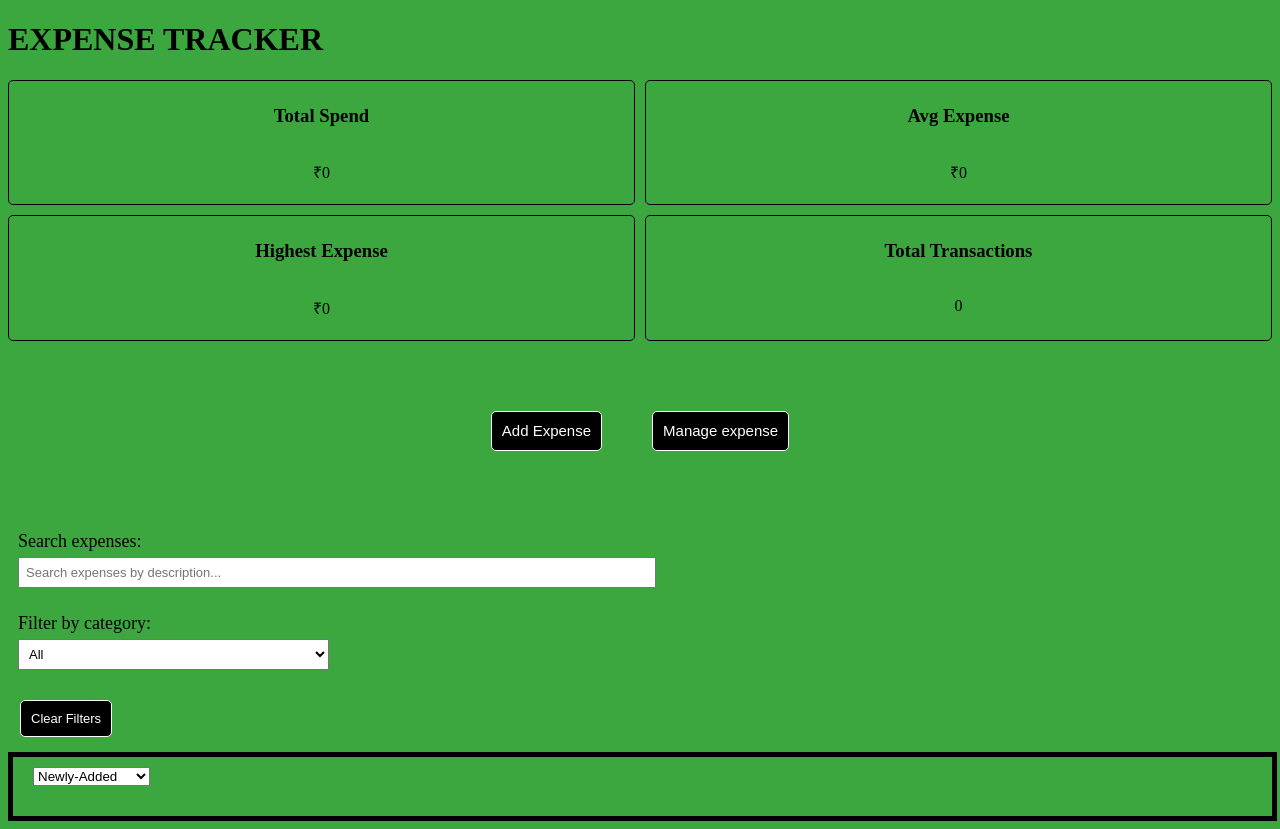
Repository: Gaurav124937/Expense-Tracker
Page: index.html
An editor plug-in stored every save of this project. The page is shown before and after a run of saves, followed by the edit.
The browser window is 1280 px wide. The pictures show the whole page.

Above is the page before, as saved 2026-09-20 20:13:24.

### index.html
<!doctype html>
<html lang="en">
  <head>
    <meta charset="UTF-8" />
    <meta name="viewport" content="width=device-width, initial-scale=1.0" />
    <title>Expense tracker</title>
    <link rel="stylesheet" href="style.css" />
    <script src="script.js" defer></script>
  </head>

  <body>
    <h1>EXPENSE TRACKER</h1>

    <div class="grid">
      <section class="section">
        <h3>Total Spend</h3>
        <p>₹0</p>
      </section>

      <section class="section">
        <h3>Avg Expense</h3>
        <p>₹0</p>
      </section>

      <section class="section">
        <h3>Highest Expense</h3>
        <p>₹0</p>
      </section>

      <section class="section">
        <h3>Total Transactions</h3>
        <p>0</p>
      </section>
    </div>

    <div class="buttons-grid">
      <button class="btn add-expense-button">Add Expense</button>
      <button class="btn manage-expense-button">Manage expense</button>
    </div>

    <div class="filter-container">
      <div class="search-filter-container">
        <label class="filter-form-label" for="expense-search"
          >Search expenses:</label
        >
        <input
          type="text"
          class="expense-search"
          placeholder="Search expenses by description..."
        />
      </div>
      <div class="category-filter-container">
        <label class="filter-form-label" for="category"
          >Filter by category:</label
        >
        <select class="category-filter" name="category">
          <option value="all">All</option>
          <option value="food">Food</option>
          <option value="petrol">Petrol</option>
          <option value="travel">Travel</option>
          <option value="shopping">Shopping</option>
          <option value="transport">Transport</option>
          <option value="other">Other</option>
        </select>
      </div>
      <div>
        <button class="clear-filters">Clear Filters</button>
      </div>
    </div>
    <div class="main-container">
      <div class="expense-card-sort">
        <select class="sort-expenses">
          <option value="latest">Newly-Added</option>
          <option value="newest">Newest First</option>
          <option value="oldest">Oldest First</option>
          <option value="highest">Highest Amount</option>
          <option value="lowest">Lowest Amount</option>
        </select>
      </div>
      <div class="expense-list expense-list-view"></div>
    </div>
    <form method="post" class="expense-form form-hidden">
      <div class="form">
        <p>ADD YOUR DETAILS</p>

        <div class="formating">
          <label for="expense">Enter amount</label>
          <input type="number" id="expense" name="expense" />
        </div>

        <div class="formating">
          <label for="description">Enter description</label>
          <input type="text" id="description" name="description" />
        </div>

        <div class="formating">
          <label for="category">Select category</label>
          <select id="category" name="category">
            <option value="all">All</option>
            <option value="food">Food</option>
            <option value="petrol">Petrol</option>
            <option value="travel">Travel</option>
            <option value="shopping">Shopping</option>
            <option value="transport">Transport</option>
            <option value="other">Other</option>
          </select>
        </div>

        <div class="formating">
          <label for="date">Enter date</label>
          <input type="date" id="date" name="date" />
        </div>

        <div class="formating">
          <button class="save-expense-button" type="submit">
            Save expense
          </button>
        </div>
      </div>
    </form>

    <div class="total-expense"></div>
  </body>
</html>

### style.css
.grid {
  display: grid;
  grid-template-columns: repeat(2, 1fr);
  gap: 10px;
}

.section {
  display: flex;
  flex-direction: column;
  align-items: center;
  border-radius: 5px;
  border-color: black;
  border: 1px solid;
  padding: 5px;
}
.buttons-grid {
  display: flex;
  flex-direction: row;
  padding: 50px;
  gap: 10px;
  justify-content: center;
}
.btn {
  padding: 10px;
  border-radius: 5px;
  border-color: black;
  border: 1px solid;
  margin: 20px;
  font-size: 15px;
  block-size: 40px;
  color: white;
  background-color: black;
}
.form {
  display: flex;
  flex-direction: column;
  padding: 20px;
}
.formating {
  display: flex;
  flex-direction: column;
  padding: 5px;
  width: 75%;
}
.save-expense-button {
  padding: 10px;
  border-radius: 5px;
  border-color: black;
  border: 1px solid;
  margin-top: 20px;
  font-size: 15px;
  block-size: 40px;
  color: white;
  background-color: black;
  width: 45%;
}
.form-hidden {
  display: none;
}

.main-container {
  padding: 10px;
  border: 5px solid;
  gap: 10px;
  width: 98%;
}

.expense-list-view {
  display: flex;
  flex-direction: row;
  padding: 10px;
  gap: 10px;
  overflow-x: auto;
}
.expense-display-card {
  display: flex;
  flex-direction: column;
  padding: 8px;
  border: 3px solid;
  border-radius: 10px;
  width: 200px;
  background-color: rgba(0, 26, 255, 0.585);
  height: 300px;
  flex-shrink: 0;
  box-sizing: border-box;
}

.expense-text-styling {
  font-size: 15px;
  color: white;
  font-weight: bold;
}

.delete-expense-button {
  padding: 5px;
  border-radius: 5px;
  width: 50%;
  border-color: black;
  border: 1px solid;
  margin-top: 20px;
  font-size: 15px;
  block-size: 30px;
  color: white;
  background-color: rgba(255, 0, 0, 0.761);
}

.edit-expense-button {
  padding: 5px;
  border-radius: 5px;
  width: 50%;
  border-color: black;
  border: 1px solid;
  margin-top: 20px;
  font-size: 15px;
  block-size: 30px;
  color: white;
  background-color: rgb(0, 0, 0);
}

.expense-info {
  display: flex;
  flex-direction: column;
  flex: 1;
  min-height: 0;
  overflow: auto;
}
.expense-actions {
  display: flex;
  flex-direction: row;
  gap: 10px;
  margin-top: auto;
  flex-shrink: 0;
}

body {
  background-color: rgb(60, 167, 63);
}

.expense-description {
  text-overflow: ellipsis;
  overflow: hidden;
  overflow-wrap: break-word;
  line-clamp: 3;
  -webkit-line-clamp: 3;
  display: -webkit-box;
  -webkit-box-orient: vertical;
}

.expense-description.expanded {
  display: block;
  line-clamp: unset;
  -webkit-line-clamp: unset;
  overflow: visible;
  overflow-wrap: break-word;
}
.expense-search {
  width: 50%;
  font-size: 13px;
  padding: 6px;
  margin-bottom: 10px;
}
.category-filter-container {
  display: flex;
  flex-direction: column;
  padding: 10px;
}
.category-filter {
  width: 25%;
  font-size: 13px;
  padding: 6px;
  margin-bottom: 20px;
}
.filter-container {
  display: flex;
  flex-direction: column;
  padding: 5px;
  gap: 5px;
}
.search-filter-container {
  display: flex;
  flex-direction: column;
  padding: 5px;
}
.category-filter-container {
  display: flex;
  flex-direction: column;
  padding: 5px;
}
.filter-form-label {
  font-size: 18px;
  margin-bottom: 5px;
  color: rgb(0, 0, 0);
}
.clear-filters {
  padding: 10px;
  border-radius: 5px;
  border-color: black;
  margin-left: 7px;
  margin-bottom: 10px;
  border: 1px solid;
  font-size: 13px;
  color: white;
  background-color: black;
}

.expense-card-sort {
  margin-left: 10px;
  font-size: 13px;
  width: 20%;
}

### script.js
const addExpenseButton = document.querySelector(".add-expense-button");

const expenseForm = document.querySelector(".expense-form");

addExpenseButton.addEventListener("click", function showExpenseForm() {
  expenseForm.classList.toggle("form-hidden");
});

const expenses = [];
getData();

expenses.forEach((expense) => {
  renderExpense(expense);
});

let editingExpenseId = null;

// FUNCTION WORKS ON SUBMITTING THE FORM
expenseForm.addEventListener("submit", function (event) {
  event.preventDefault();
  const amount = Number(document.querySelector("#expense").value);
  const descript = document.querySelector("#description").value;
  const category = document.querySelector("#category").value;
  const date = document.querySelector("#date").value;

  if (amount <= 0 || descript.trim() === "" || category == "" || date === "") {
    alert("please enter all details carefully");
    return;
  }
  const expense = {
    id: crypto.randomUUID(),
    expense: amount,
    description: descript,
    category: category,
    date: date,
  };

  //IMPLEMENTATION OF EDIT EXPENSE WORKING

  if (editingExpenseId == null) {
    expenses.push(expense);
    storingData();
    expenseForm.reset();

    renderExpense(expense);
  } else {
    const index = expenses.findIndex(
      (expense) => expense.id === editingExpenseId,
    );
    const expenseToSave = expenses[index];
    if (index !== -1) {
      expenseToSave.expense = amount;
      expenseToSave.description = descript;
      expenseToSave.category = category;
      expenseToSave.date = date;
    }

    storingData();
    expenseForm.reset();
    const expenseElement = document.getElementById(editingExpenseId);
    const infoDiv = expenseElement.querySelector(".expense-info");
    infoDiv.innerHTML = `
    <p class="expense-text-styling expense-description ">${expenseToSave.description}</p>
    <p class="expense-text-styling">₹${expenseToSave.expense}</p>
    <p class="expense-text-styling">${expenseToSave.category}</p>
  <p class="expense-text-styling">${expenseToSave.date}</p>
  `;
    document.querySelector(".total-expense").innerHTML =
      `<p>TOTAL EXPENSE: ${totalExpense()}</p>`;

    editingExpenseId = null;
  }
});

//FUNCTION TO FIND TOTAL EXPENSE
function totalExpense() {
  const totalExpense = expenses.reduce((total, expense) => {
    return total + expense.expense;
  }, 0);
  return totalExpense;
}

// FUNCTIONS TO STORE AND GET DATA
function storingData() {
  const expenseArrayString = JSON.stringify(expenses);
  localStorage.setItem("array", expenseArrayString);
}

function getData() {
  const expensesArray = JSON.parse(localStorage.getItem("array"));
  if (expensesArray !== null) {
    expenses.push(...expensesArray);
  }

  console.log(expensesArray);
}

//FUNCTION TO DISPLAY EXPENSE ON DISPLAY
function renderExpense(expense) {
  const expenseList = document.querySelector(".expense-list");

  const expenseElement = document.createElement("div");
  expenseElement.classList.add("expense-display-card");
  expenseElement.id = expense.id;

  const infoDiv = document.createElement("div");
  infoDiv.classList.add("expense-info");
  infoDiv.innerHTML = `
    <p class="expense-text-styling expense-description ">${expense.description}</p>
    <p class="expense-text-styling">₹${expense.expense}</p>
    <p class="expense-text-styling">${expense.category}</p>
  <p class="expense-text-styling">${expense.date}</p>
  `;
  expenseElement.appendChild(infoDiv);

  const actionDiv = document.createElement("div");
  actionDiv.classList.add("expense-actions");
  actionDiv.innerHTML = `
  <button class="delete-expense-button">Delete</button>
  <button class="edit-expense-button">Edit</button>
  `;

  expenseElement.appendChild(actionDiv);

  expenseList.appendChild(expenseElement);
  const descriptionElement = expenseElement.querySelector(
    ".expense-description",
  );
  descriptionElement.addEventListener("click", () => {
    descriptionElement.classList.toggle("expanded");
  });

  updateTotal();

  const deleteExpense = expenseElement.querySelector(".delete-expense-button");
  deleteExpense.addEventListener("click", function () {
    expenseElement.remove();
    const index = expenses.findIndex(
      (expense) => expense.id === expenseElement.id,
    );
    if (index !== -1) {
      expenses.splice(index, 1);
    }

    storingData();

    updateTotal();
  });

  const editExpense = expenseElement.querySelector(".edit-expense-button");
  editExpense.addEventListener("click", function () {
    const index = expenses.findIndex(
      (expense) => expense.id === expenseElement.id,
    );
    if (index !== -1) {
      const expenseToEdit = expenses[index];

      editingExpenseId = expenseToEdit.id;

      document.querySelector("#expense").value = expenseToEdit.expense;
      document.querySelector("#description").value = expenseToEdit.description;
      document.querySelector("#category").value = expenseToEdit.category;
      document.querySelector("#date").value = expenseToEdit.date;
    }
    expenseForm.classList.toggle("form-hidden");
  });
}

const searchInput = document.querySelector(".expense-search");
searchInput.addEventListener("input", updateExpenseList);

const categoryFilter = document.querySelector(".category-filter");
categoryFilter.addEventListener("change", updateExpenseList);

const sortExpenses = document.querySelector(".sort-expenses");
sortExpenses.addEventListener("change", updateExpenseList);


//FUNCTION FOR FILTER EXPENSES BY DESCRIPTION, CATEGORY AND SORTING
function updateExpenseList() {
  const searchText = searchInput.value.toLowerCase();
  const selectedCategory = categoryFilter.value;
  const selectedSort = sortExpenses.value;

  let displayedExpenses = expenses.filter((expense) => {
    const matchesSearch = expense.description
      .toLowerCase()
      .includes(searchText);

    const matchesCategory =
      selectedCategory === "all" ||
      expense.category.toLowerCase() === selectedCategory;

    return matchesSearch && matchesCategory;
  });

  if(selectedSort === "latest"){
    expenses.forEach((expense) => {
    renderExpense(expense);
  });
  }

  if (selectedSort === "highest") {
    displayedExpenses.sort((a, b) => b.expense - a.expense);
  }

  if (selectedSort === "lowest") {
    displayedExpenses.sort((a, b) => a.expense - b.expense);
  }

  if (selectedSort === "newest") {
    displayedExpenses.sort((a, b) => new Date(b.date) - new Date(a.date));
  }

  if (selectedSort === "oldest") {
    displayedExpenses.sort((a, b) => new Date(a.date) - new Date(b.date));
  }

  const expenseList = document.querySelector(".expense-list");
  expenseList.innerHTML = "";

  if (displayedExpenses.length === 0) {
    expenseList.innerHTML = "<p>No expenses found.</p>";
    return;
  }

  displayedExpenses.forEach((expense) => {
    renderExpense(expense);
  });
}
//FUNCTION FOR UPDATING TOTAL
function updateTotal() {
  const totalAmount = document.querySelector(".total-expense");

  totalAmount.innerHTML = `<p>TOTAL EXPENSE: ${totalExpense()}</p>`;
}

//CLEARING FILTER
const clearFiltersButton = document.querySelector(".clear-filters");

clearFiltersButton.addEventListener("click", function () {
  searchInput.value = "";
  categoryFilter.value = "all";
  sortExpenses.value="latest";

  updateExpenseList();
});

After the next 4 saves:
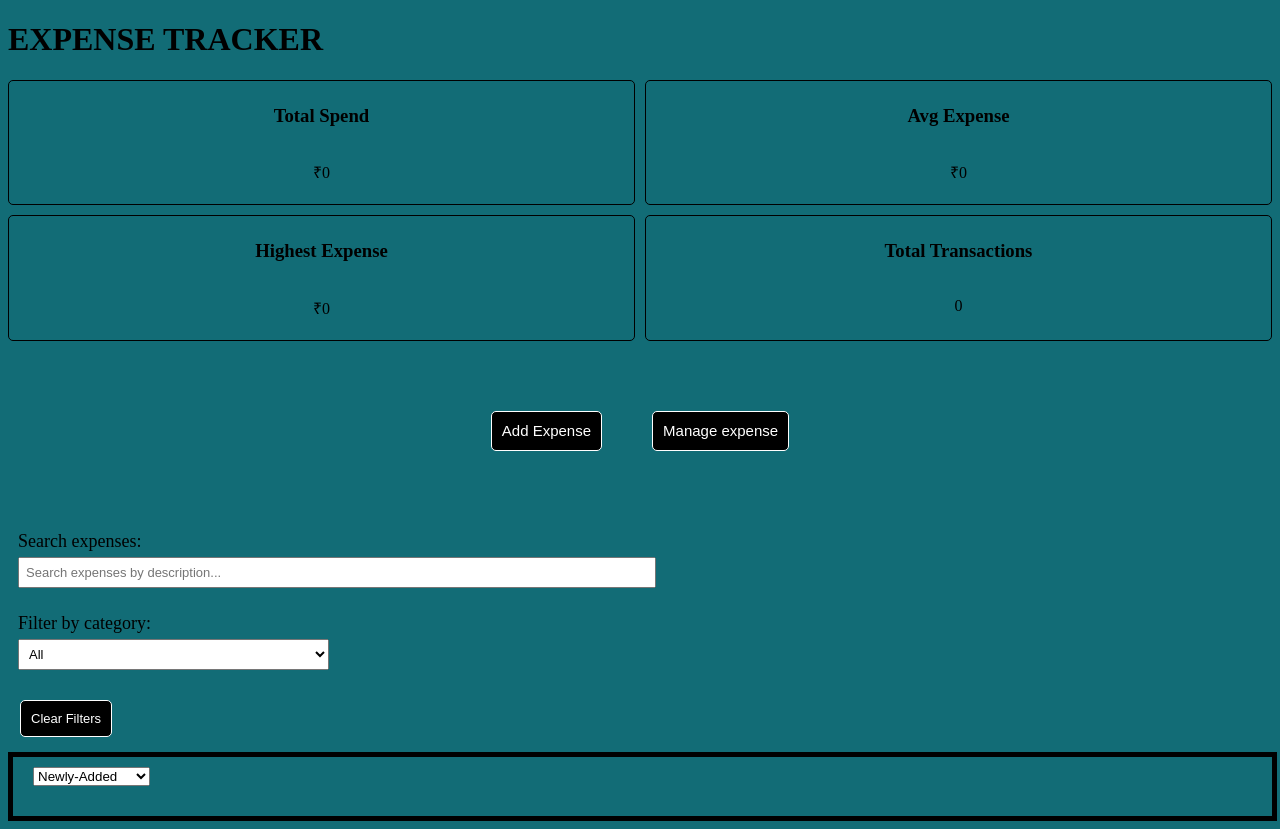
The 4 saves are shown as one change because they came seconds apart.
The last was saved 14 s later.
--- a/style.css
+++ b/style.css
@@ -133,7 +133,7 @@
 }
 
 body {
-  background-color: rgb(60, 167, 63);
+  background-color: rgb(18, 108, 118);
 }
 
 .expense-description {
